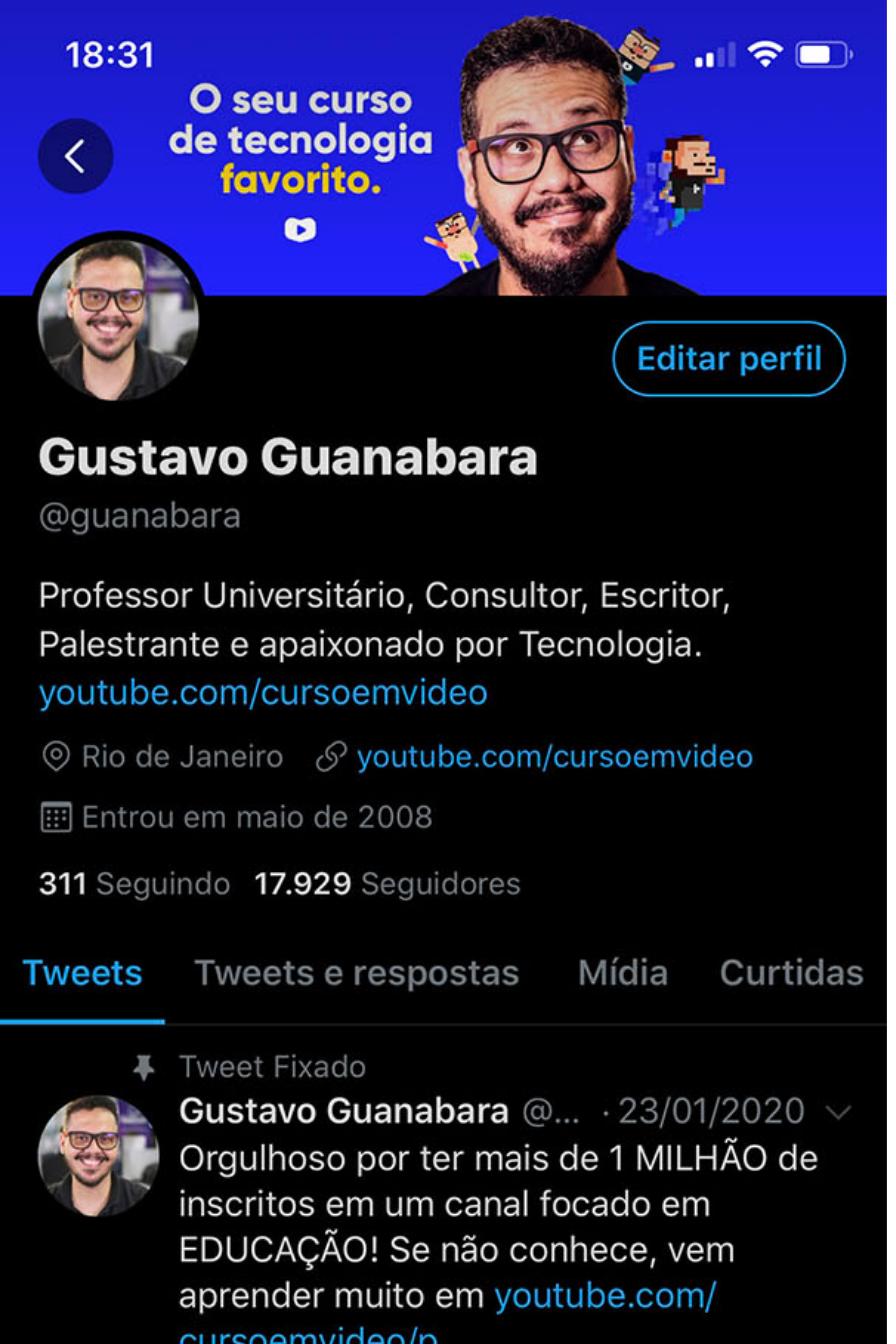
Repository: DorivalJunior14/Projeto-social
Page: twitter.html
An editor plug-in stored every save of this project. The page is shown before and after the next save, followed by the edit.
The browser window is 1280 px wide. The pictures show the part of the page from y = 0 to 1920 px (the page is 13371 px tall before and 13103 px after), at 70% of full size.

Above is the page before, as saved 2022-07-05 11:04:25.

After the next save:
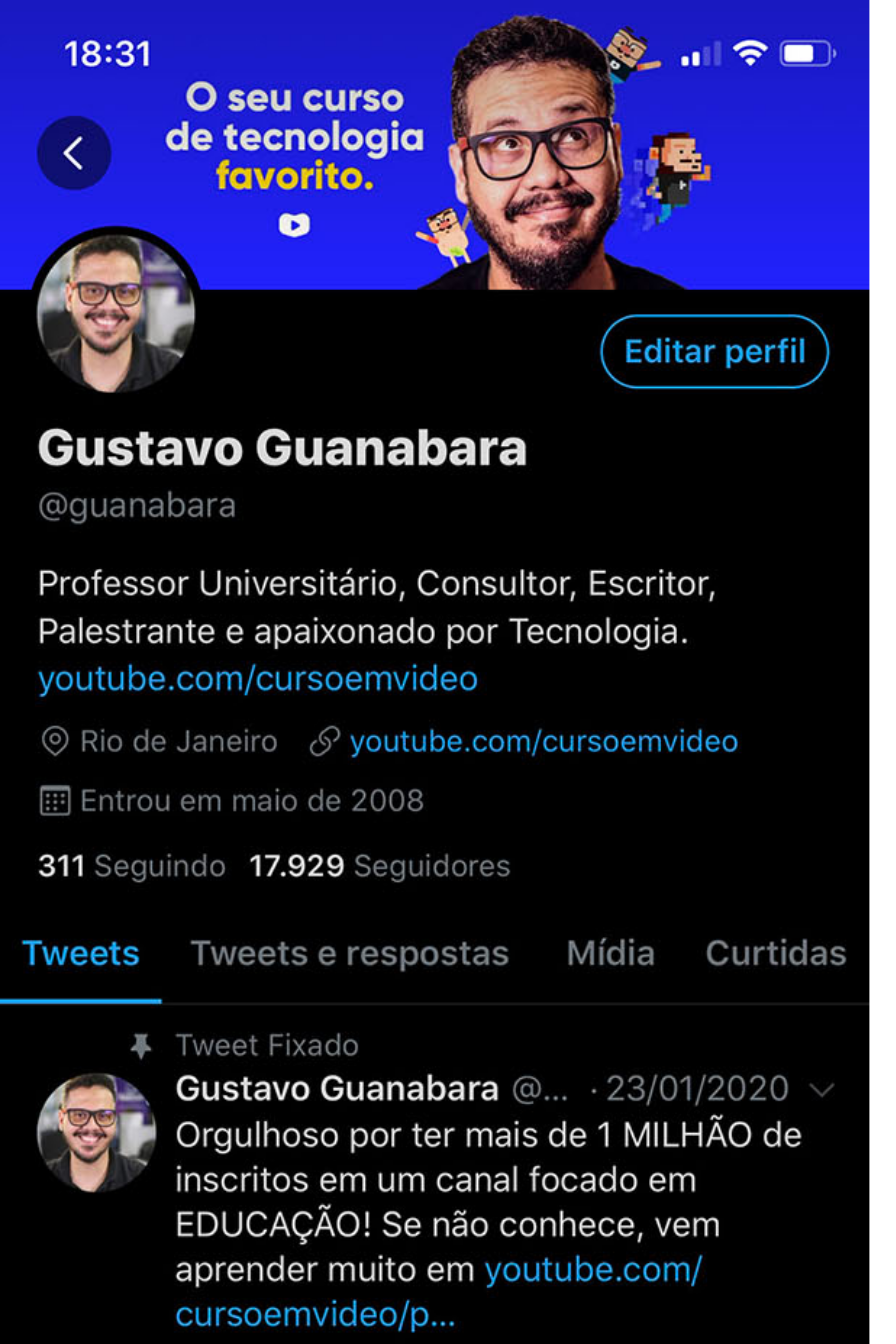
Saved 20 s later.
--- a/twitter.html
+++ b/twitter.html
@@ -16,7 +16,7 @@
             height: 0px;
         }
         img {
-            width: 99%;
+            width: 97%;
 
         }
 
